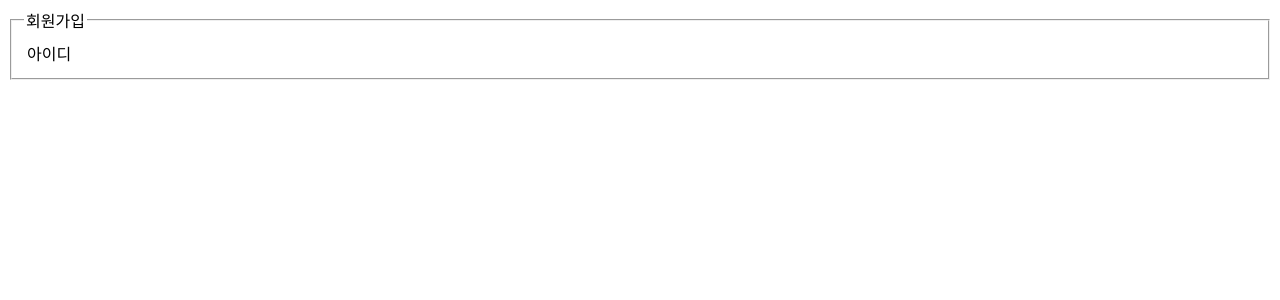
Repository: Scoobi-wisdoom/web
Page: d011/web/register.html
An editor plug-in stored every save of this project. The page is shown before and after the next save, followed by the edit.
The browser window is 1280 px wide. The pictures show the whole page.

Above is the page before, as saved 2020-08-05 08:21:12.

After the next save:
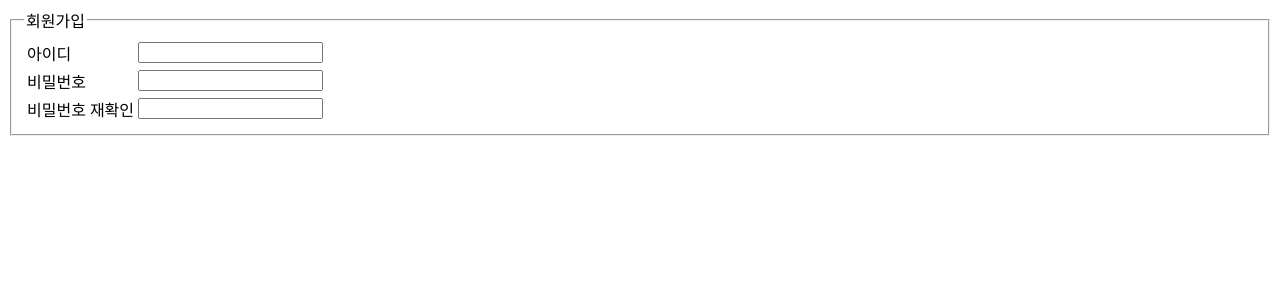
Saved 2 min 29 s later.
--- a/d011/web/register.html
+++ b/d011/web/register.html
@@ -10,7 +10,27 @@
 		<legend>회원가입</legend>
 		<table>
 			<tr>
-				<td>아이디
+				<td>
+					아이디
+				</td>
+				<td>
+					<input type="text" name="id" size="20">
+				</td>
+			</tr>
+			<tr>
+				<td>
+					비밀번호
+				</td>
+				<td>
+					<input type="text" name="pwd" size="20">
+				</td>
+			</tr>
+			<tr>
+				<td>
+					비밀번호 재확인
+				</td>
+				<td>
+					<input type="text" name="pwd" size="20">
 				</td>
 			</tr>
 
